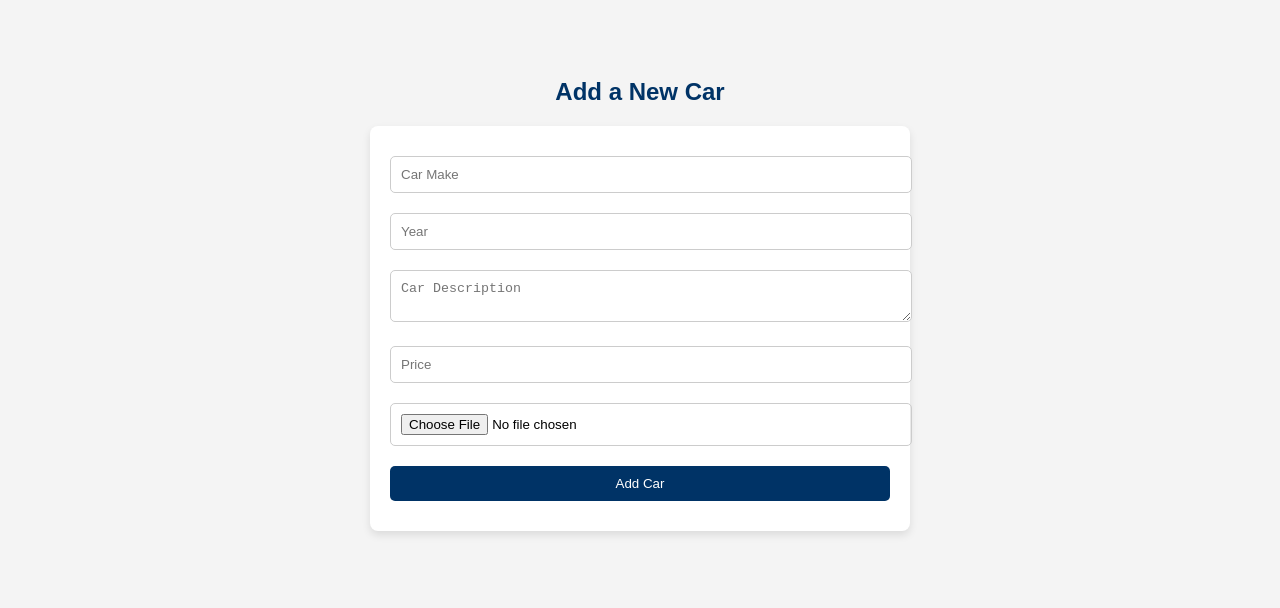
Repository: The-man-of-books/BNA2
Page: BNA2-backend/templates/add_car.html
These files come from the project's save history. The page is drawn as it stood at one moment and after the next save; the edit follows.
The browser window is 1280 px wide. The pictures show the whole page.

Above is the page before, as saved 2025-07-06 14:59:09.

After the next save:
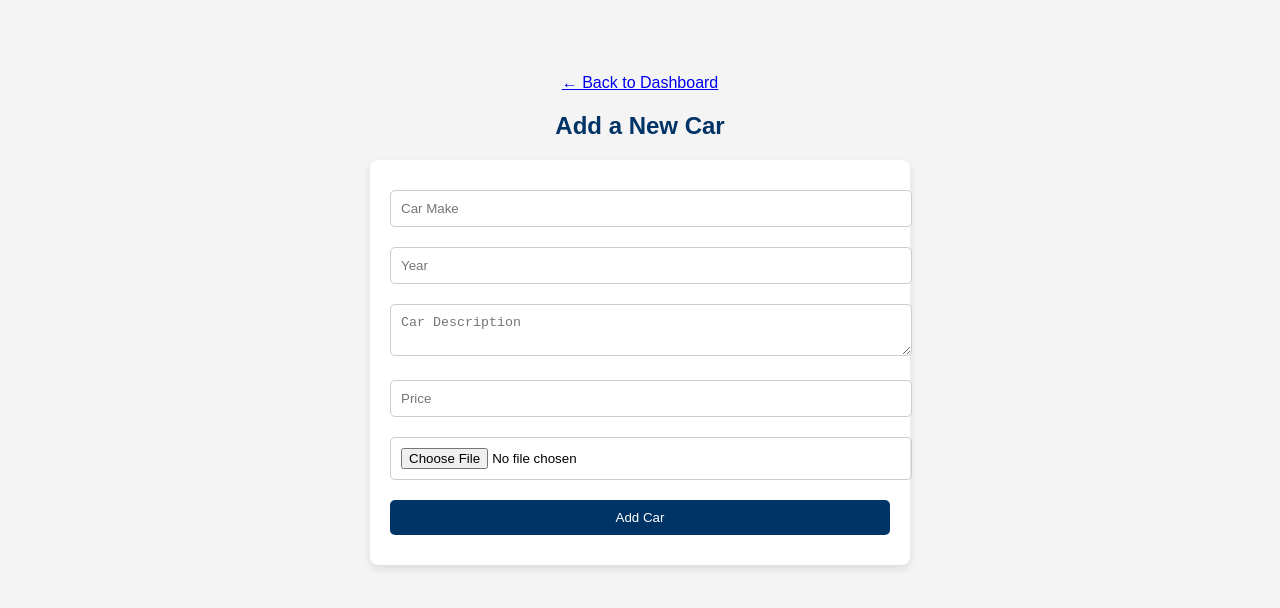
Saved 11 s later.
--- a/BNA2-backend/templates/add_car.html
+++ b/BNA2-backend/templates/add_car.html
@@ -4,6 +4,7 @@
     <meta charset="UTF-8">
     <meta name="viewport" content="width=device-width, initial-scale=1.0">
     <title>Add Car - Admin</title>
+    <p><a href="/dashboard">← Back to Dashboard</a></p>
     <style>
         body {
             font-family: Arial, sans-serif;
